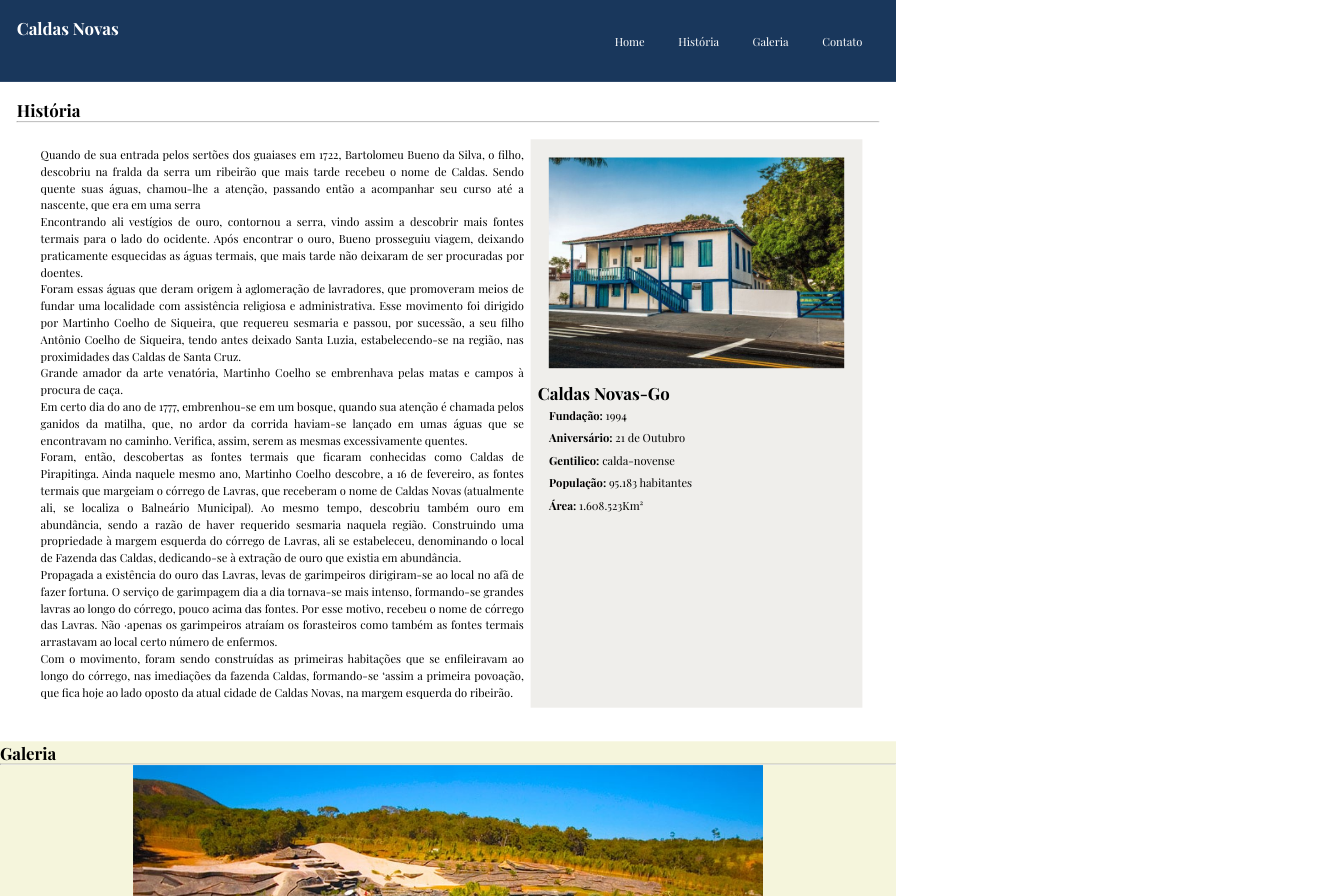
Repository: AbiezerSidonioJoseOdanacaJunior/DesafioLocalTuristico
Page: index.html
The author's editor kept a copy of each file at every save. The page is drawn from the files as they stood at one save, then again after the next save.
The browser window is 1280 px wide. The page is 1920 px wide, then 1280 px, so the pictures cover 1920 px, including what lies to the right of the window. The pictures show the part of the page from y = 0 to 1280 px (the page is 5435 px tall before and 1643 px after), at 70% of full size.
Some web fonts or font styles are not loaded; a fallback is used.

Above is the page before, as saved 2024-11-11 17:21:38.

After the next save:
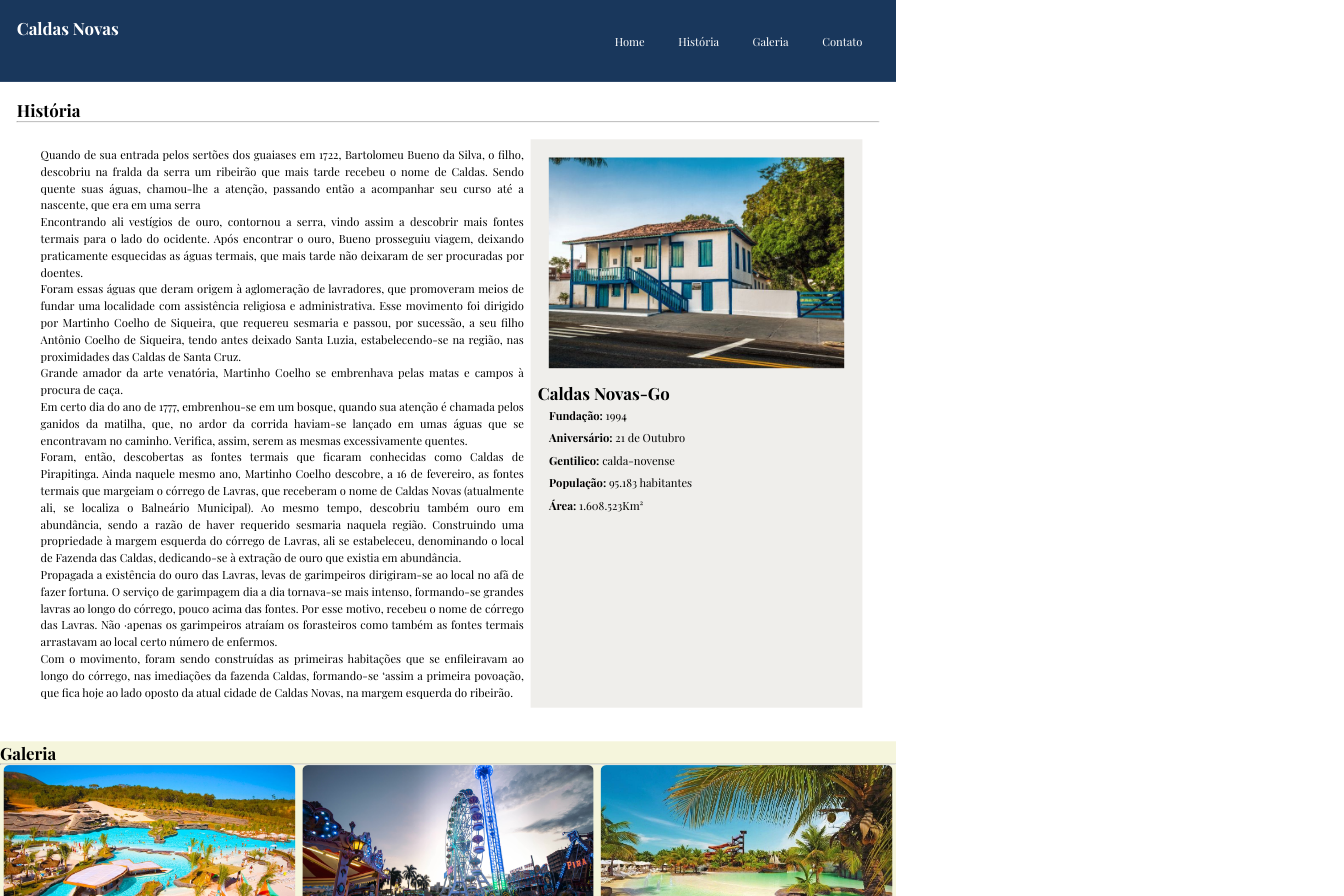
Saved 26 s later.
--- a/css/style.css
+++ b/css/style.css
@@ -94,7 +94,7 @@
     box-sizing: border-box; /* Inclui padding e borda na largura total */
 }
 
-.fotos-item {
+.fotos-item img{
     width: 100%; /* Faz a imagem ocupar toda a largura do contêiner */
     height: auto;
     border-radius: 8px; /* Opcional: adiciona bordas arredondadas */
